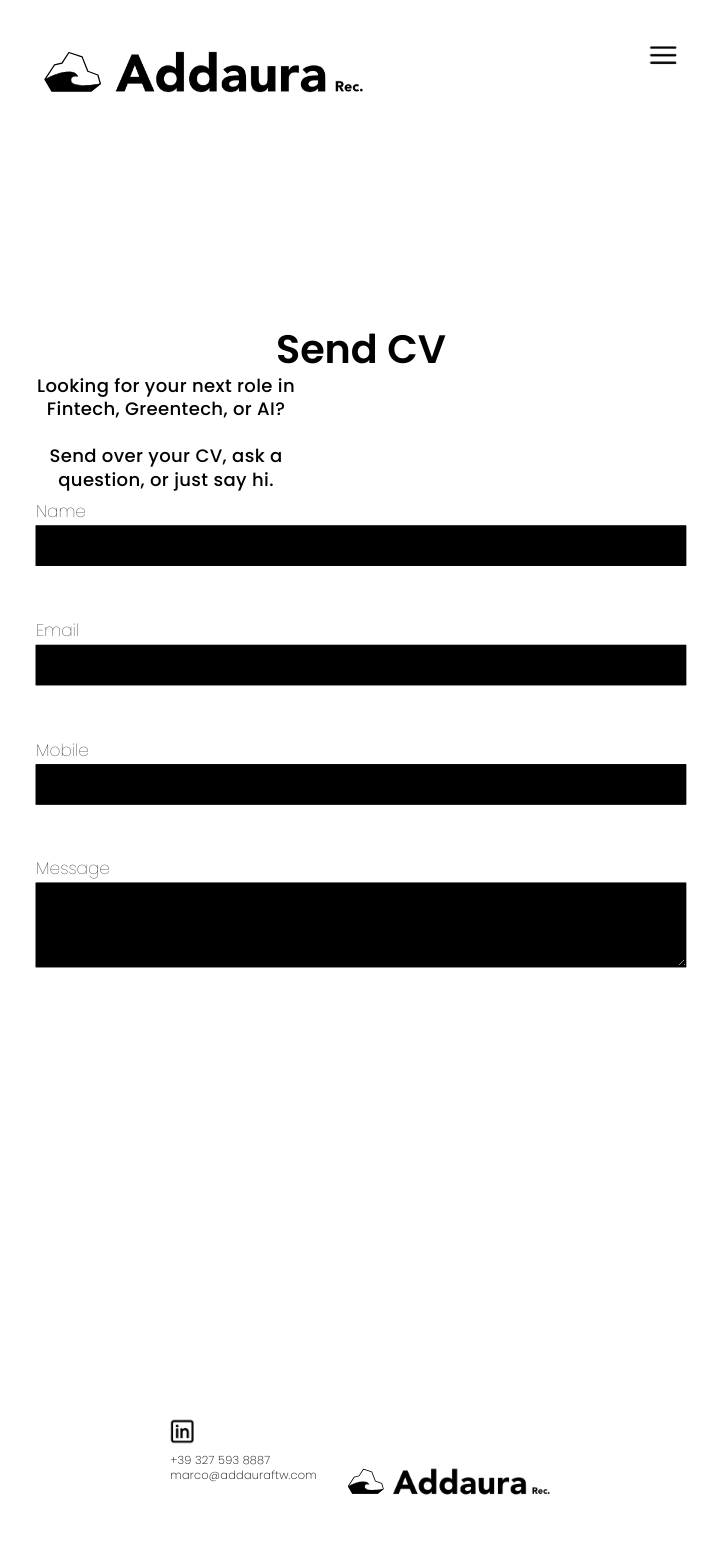
Repository: UnatPannu/Addaura-Trial
Page: public/send-cv.html
The author's editor kept a copy of each file at every save. The page is drawn from the files as they stood at one save, then again after a run of saves.
The browser window is 768 px wide. The pictures show the whole page, at 94% of full size.

Above is the page before, as saved 2025-09-16 01:18:31.

After the next 2 saves:
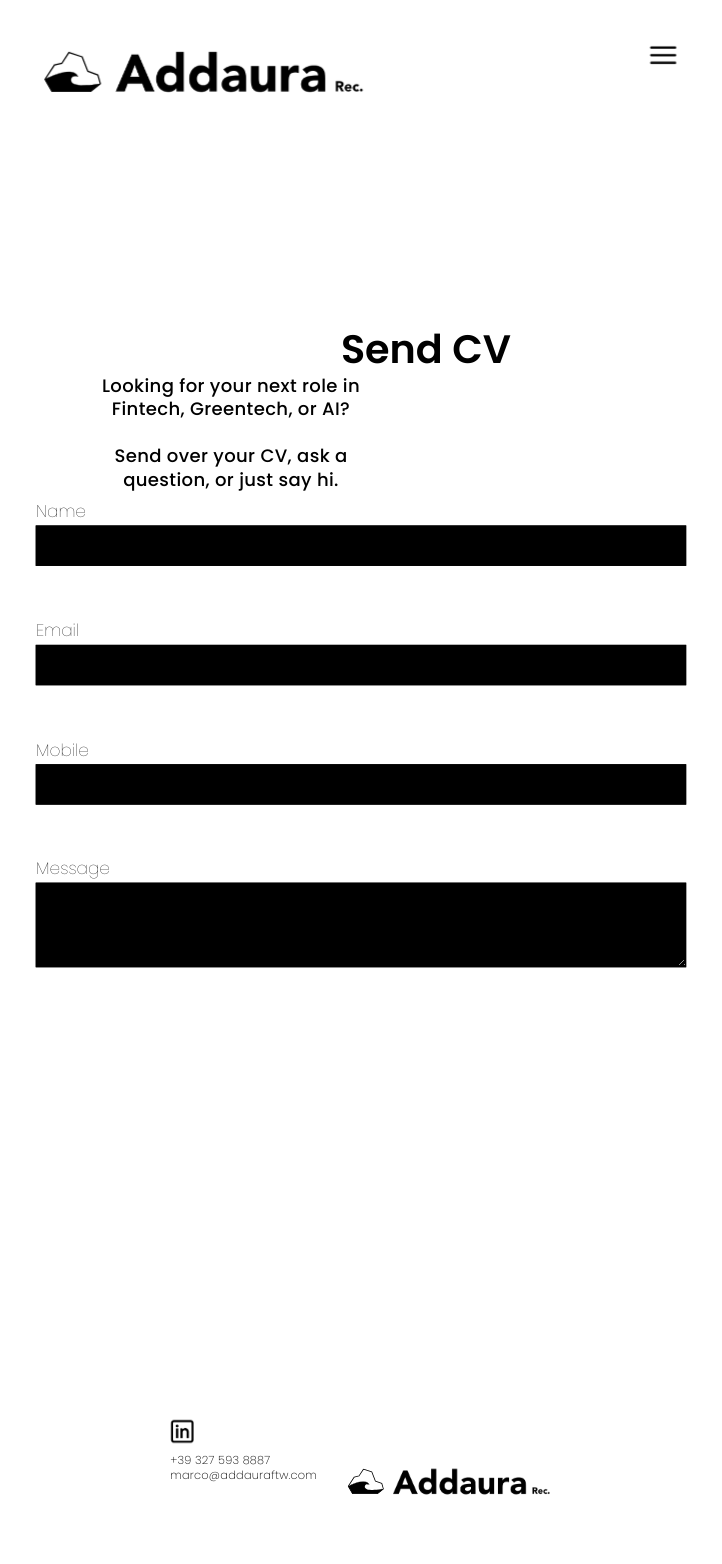
The 2 saves are shown as one change because they came seconds apart.
The last was saved 6 s later.
--- a/public/styles/send-cv.css
+++ b/public/styles/send-cv.css
@@ -71,7 +71,7 @@
   .heading{
     text-align: center;
     min-width:80% !important;
-    margin-block:auto;
+    margin-inline:auto;
   }
   .mobile-heading{
       display:block;
